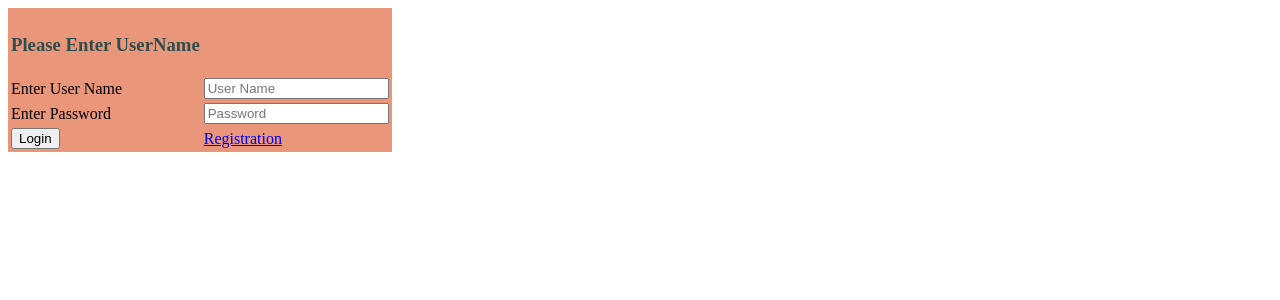
Repository: Pramila0526/LoginRegistrationUsingFilters
Page: http://localhost/LoginAndRegistration/login3.jsp
These files come from the project's save history. The page is drawn as it stood at one moment and after the next save; the edit follows.
The browser window is 1280 px wide. The pictures show the whole page.
The page is served by Tomcat 9. Other server files are loaded and not shown.

Above is the page before, as saved 2019-12-27 08:49:04.

### LoginAndRegistration/WebContent/login3.jsp
<%@ page language="java" contentType="text/html; charset=UTF-8"
	pageEncoding="UTF-8"%>
<!DOCTYPE html>
<html>
<head>
<meta charset="UTF-8">
<title>Insert title here</title>
</head>
<body>
	<form action="Login" method="post">
		<table style="background-color: DarkSalmon;">
		<tr>
				<td></td>
				<tr>
				<td><h3 style="color: darkslategray;">Please Enter UserName</h3></td>
			</tr>
			</tr>

			<tr>
				<td>Enter User Name</td>
				<td><input type="text" name="userName" placeholder="User Name"></td>
			</tr>
			<tr>
				<td>Enter Password</td>
				<td><input type="password" name="password" placeholder="Password"></td>
			</tr>

			<tr>
				<td><input type="submit" name="Login" value="Login"></td>
				<td><a href="register.jsp">Registration</a></td>
			</tr>
		</table>
	</form>
</body>
</html>

After the next save:
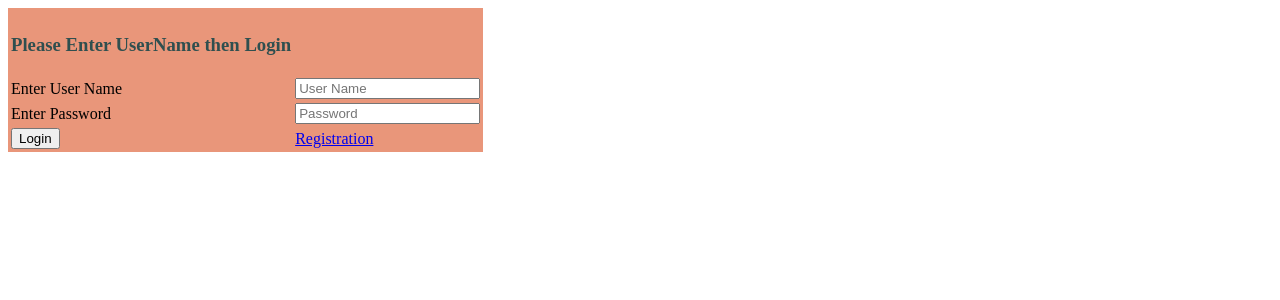
Saved 23 s later.
--- a/LoginAndRegistration/WebContent/login3.jsp
+++ b/LoginAndRegistration/WebContent/login3.jsp
@@ -12,8 +12,7 @@
 		<tr>
 				<td></td>
 				<tr>
-				<td><h3 style="color: darkslategray;">Please Enter UserName</h3></td>
-			</tr>
+				<td><h3 style="color: darkslategray;">Please Enter UserName then Login</h3></td>
 			</tr>
 
 			<tr>
